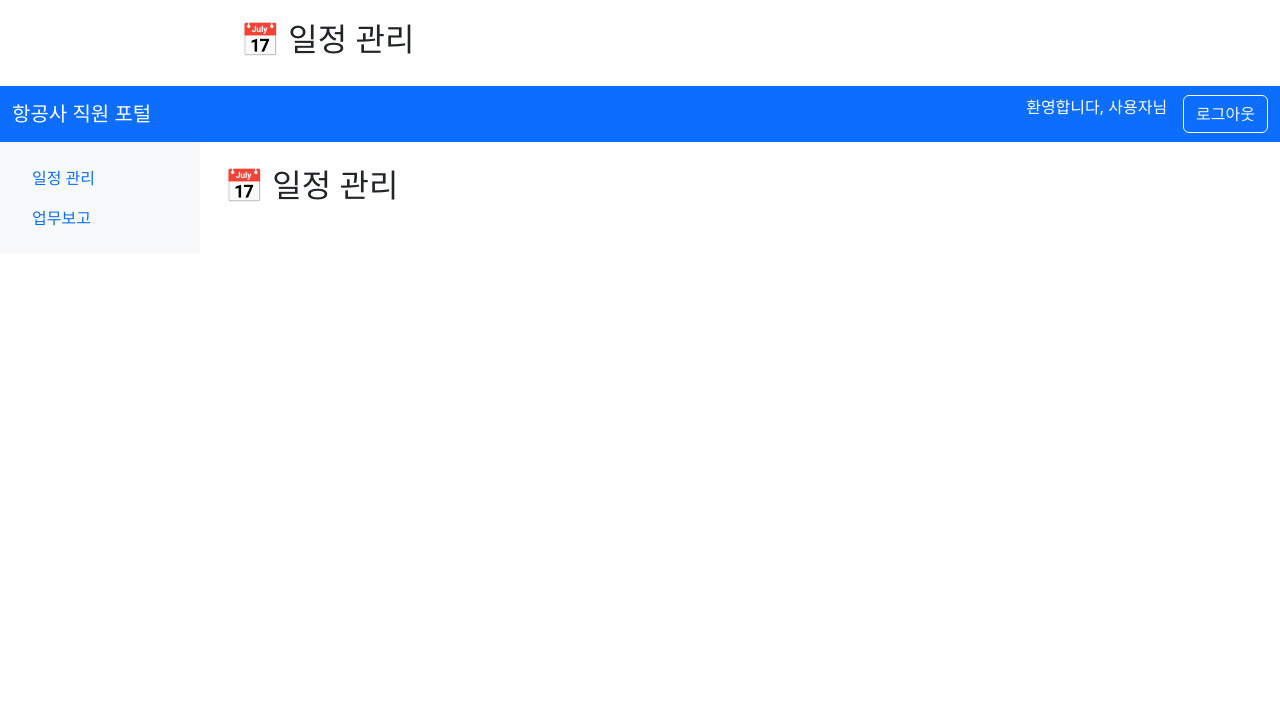
Repository: yu1na/Project404
Page: http://localhost/Project404_yuna/WEB-INF/views/calendar/calendar.jsp
The author's editor kept a copy of each file at every save. The page is drawn from the files as they stood at one save, then again after a run of saves.
The browser window is 1280 px wide. The pictures show the whole page.
The page is served by Tomcat 10. Nobody is signed in. The template is opened directly, without the code that normally fills it, so the values that code supplies are empty.

Above is the page before, as saved 2025-07-12 13:32:00.

After the next 2 saves:
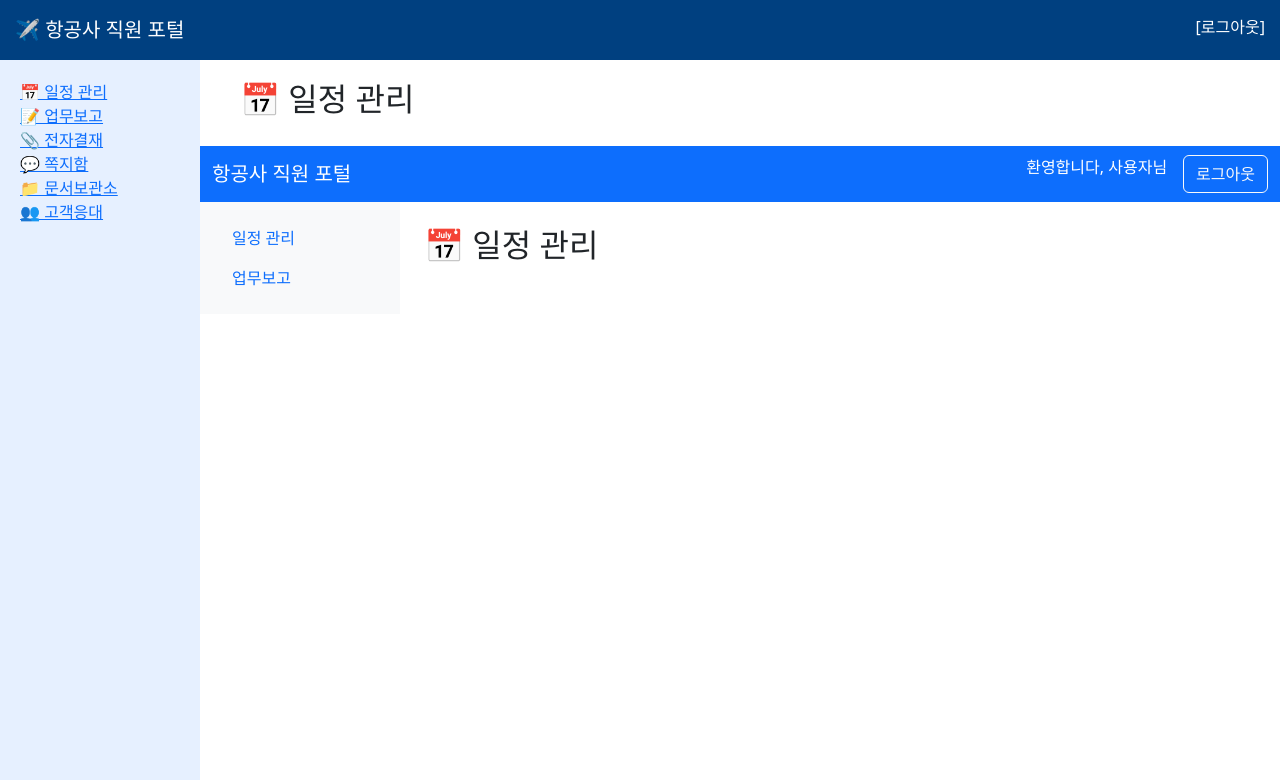
The 2 saves are shown as one change because 1 did not build or start.
The last was saved 72 s later.
--- a/Project404_yuna/src/main/webapp/WEB-INF/views/calendar/calendar.jsp
+++ b/Project404_yuna/src/main/webapp/WEB-INF/views/calendar/calendar.jsp
@@ -1,5 +1,7 @@
 <%@ page language="java" contentType="text/html; charset=UTF-8"
     pageEncoding="UTF-8"%>
+<%@ include file="/WEB-INF/views/top.jsp" %>
+<%@ include file="/WEB-INF/views/sidebar.jsp" %>
 
 <!DOCTYPE html>
 <html>
